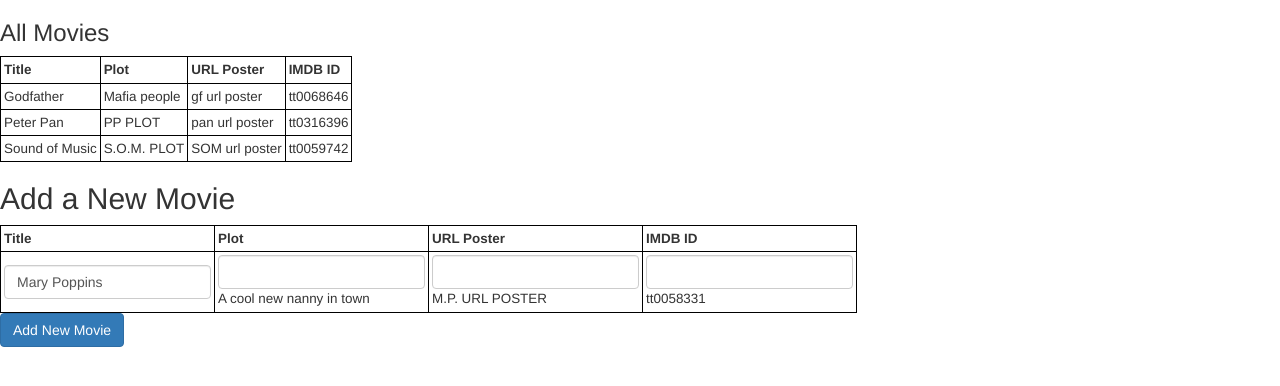
Repository: gitsana/JoseAnnunziato
Page: MyRestfulService/WebContent/movies.html
An editor plug-in stored every save of this project. The page is shown before and after the next save, followed by the edit.
The browser window is 1280 px wide. The pictures show the whole page.
The page's requests for data from a server got no answer.

Above is the page before, as saved 2015-10-02 03:30:01.

After the next save:
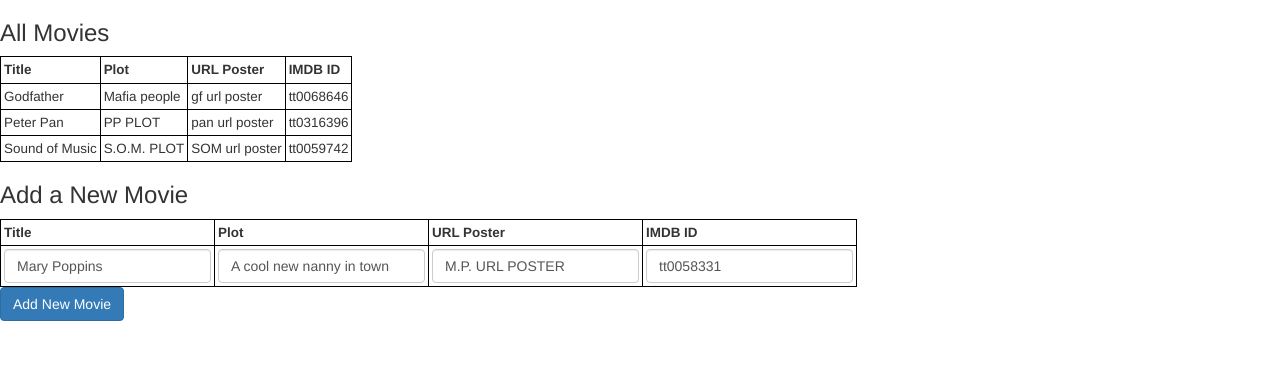
Saved 36 s later.
--- a/MyRestfulService/WebContent/movies.html
+++ b/MyRestfulService/WebContent/movies.html
@@ -26,7 +26,7 @@
 	</tr>
 </table>
 
-<h2>Add a New Movie</h2>
+<h3>Add a New Movie</h3>
 <table>
 	<tr>
 		<th>Title</th>
@@ -36,9 +36,9 @@
 	</tr>
 	<tr>
 		<td><input class="form-control" id="newtitle" value="Mary Poppins"></td>
-		<td><input class="form-control" id="newplot">A cool new nanny in town</td>
-		<td><input class="form-control" id="newurlposter">M.P. URL POSTER</td>
-		<td><input class="form-control" id="newimdbid">tt0058331</td>
+		<td><input class="form-control" id="newplot" value="A cool new nanny in town"></td>
+		<td><input class="form-control" id="newurlposter" value="M.P. URL POSTER"></td>
+		<td><input class="form-control" id="newimdbid" value="tt0058331"></td>
 	</tr>
 </table>
 <button class="btn btn-primary" id="addButton">Add New Movie</button>
